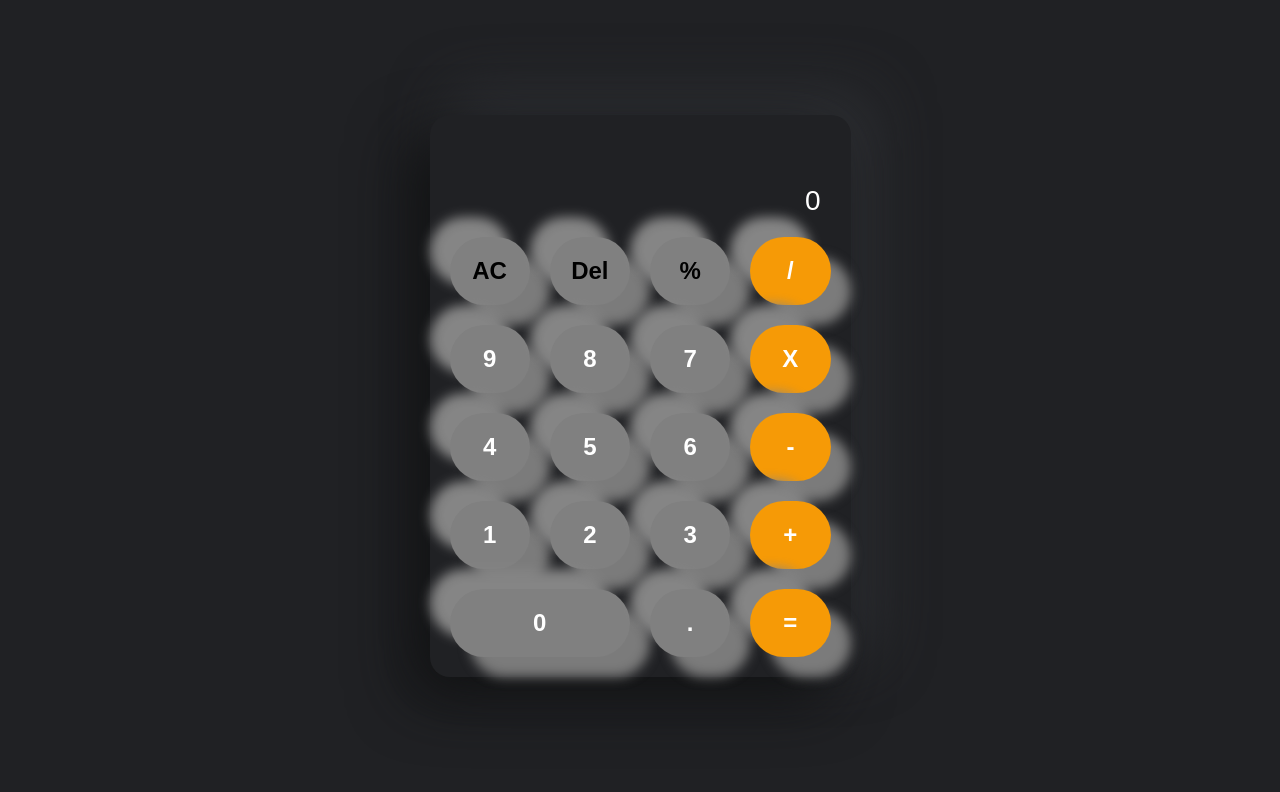
Repository: ble-syn/reactCalculator
Page: /
The author's editor kept a copy of each file at every save. The page is drawn from the files as they stood at one save, then again after the next save.
The browser window is 1280 px wide. The pictures show the whole page.
The project was rebuilt for these pictures with package versions that can differ from the ones it lists, and the page was loaded fresh each time.

Above is the page before, as saved 2022-10-06 23:03:33.

After the next save:
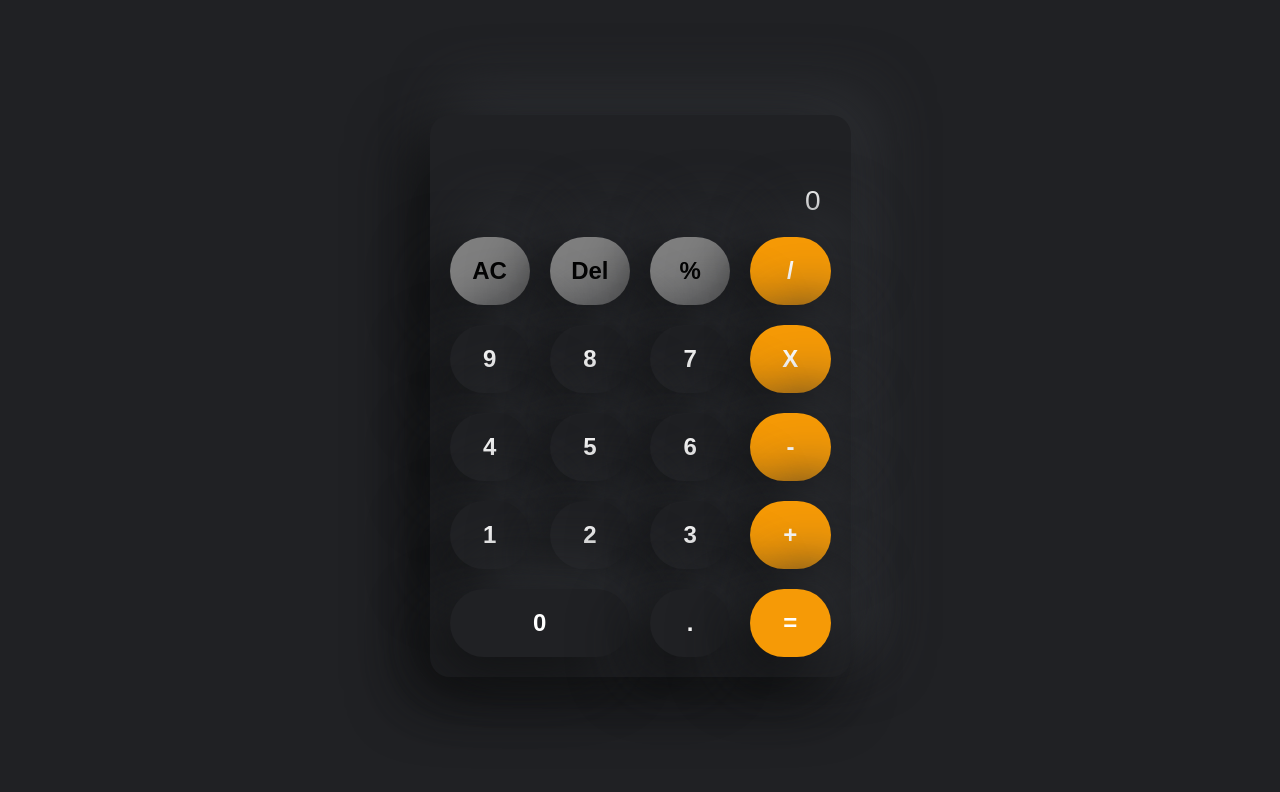
Saved 38 s later.
--- a/src/index.css
+++ b/src/index.css
@@ -54,9 +54,9 @@ button {
   color: #fff;
   font-size: 24px;
   cursor: pointer;
-  background: #808080;
-  box-shadow:  20px 20px 12px #7b7b7b,
-  -20px -20px 12px #858585;
+  background: #202124;
+  box-shadow:  -20px 20px 60px #101112,
+             20px -20px 60px #303236;
 }
 button:focus {
   background-color: #D1D1D1;
